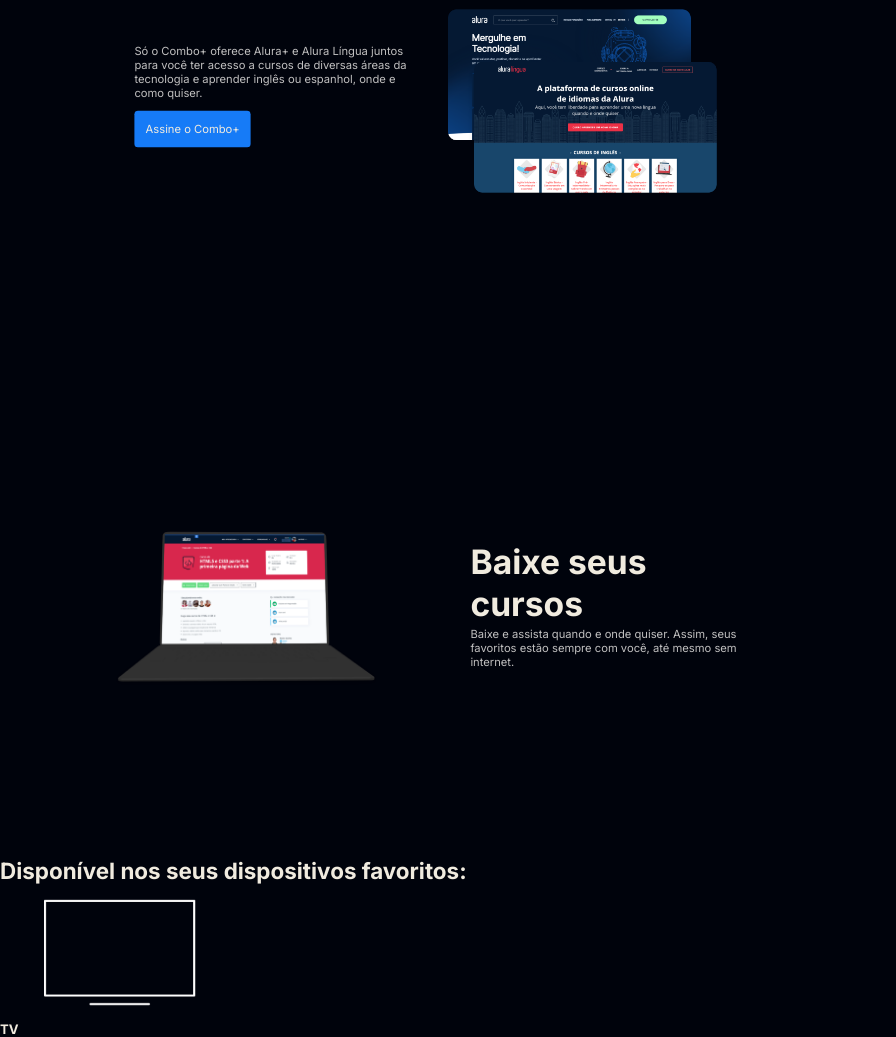
Repository: DamnDTX/praticando-font-end
Page: index.html
The author's editor kept a copy of each file at every save. The page is drawn from the files as they stood at one save, then again after the next save.
The browser window is 1280 px wide. The pictures show the part of the page from y = 1656 to 3576 px (the page is 3138 px tall before and 3576 px after), at 70% of full size.

Above is the page before, as saved 2023-07-18 14:22:41.

After the next save:
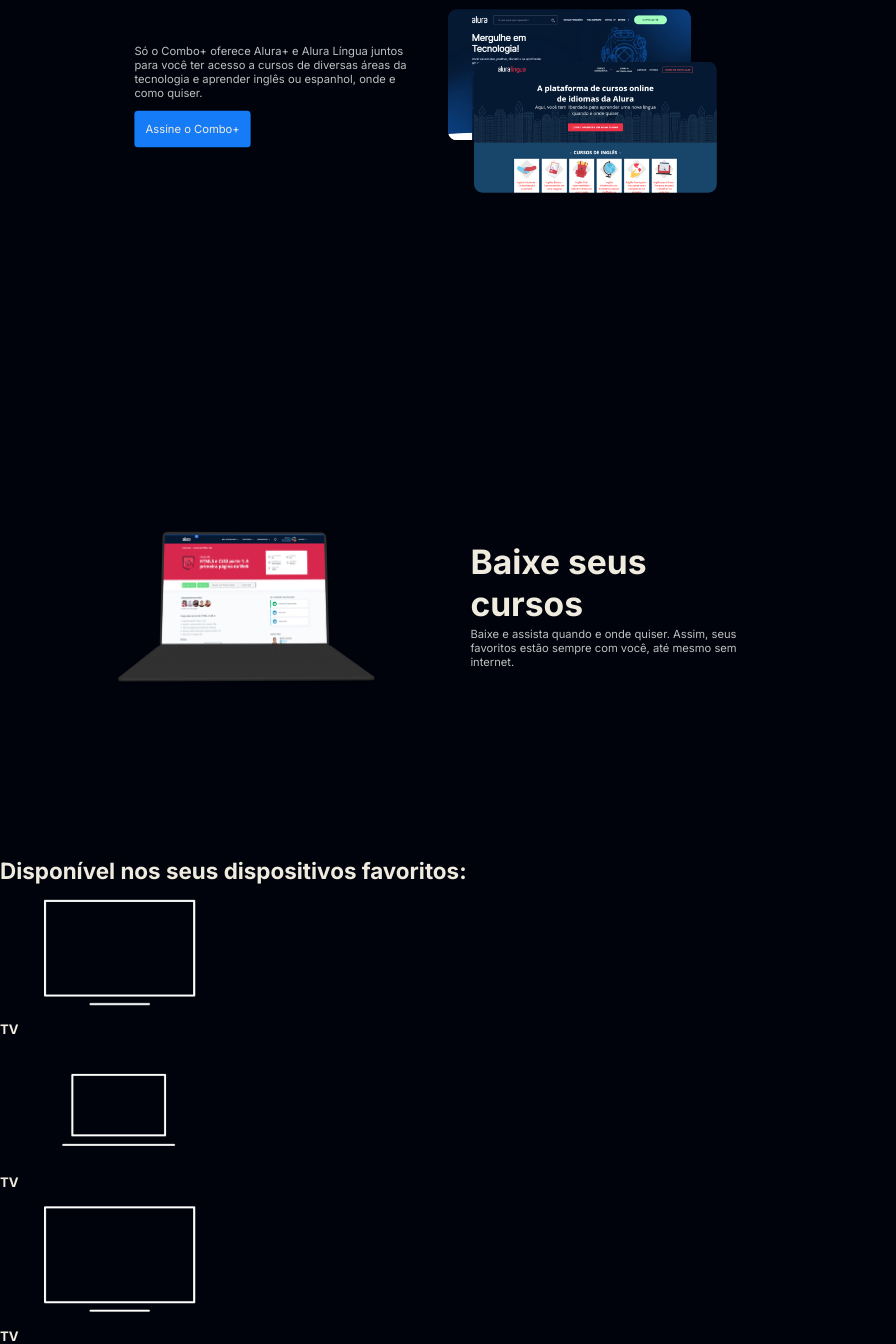
Saved 36 s later.
--- a/index.html
+++ b/index.html
@@ -60,6 +60,14 @@
             <img src="img/tv.png" alt="televisão">
             <h3>TV</h3>
         </li>
+        <li>
+            <img src="img/computador.png" alt="computador">
+            <h3>TV</h3>
+        </li>
+        <li>
+            <img src="img/tv.png" alt="televisão">
+            <h3>TV</h3>
+        </li>
 
 
     </ul>
